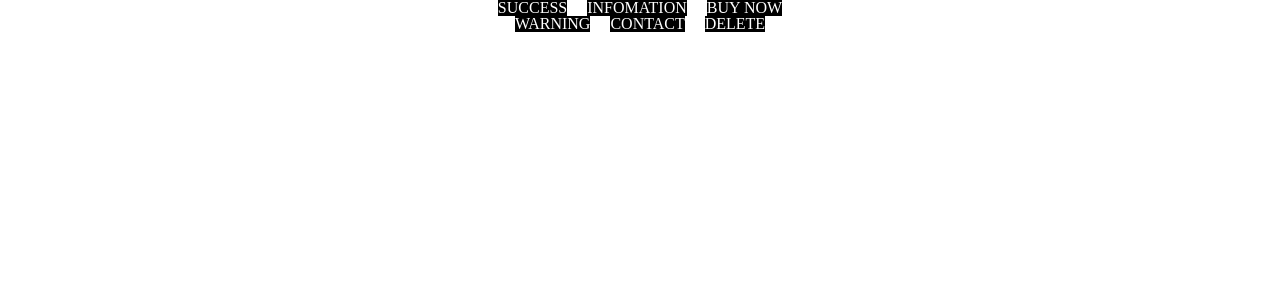
Repository: ThanhPhongsof/Css-Course
Page: index.html
An editor plug-in stored every save of this project. The page is shown before and after the next save, followed by the edit.
The browser window is 1280 px wide. The pictures show the whole page.

Above is the page before, as saved 2022-05-16 08:05:41.

### index.html
<!DOCTYPE html>
<html lang="en">
  <head>
    <meta charset="UTF-8" />
    <meta http-equiv="X-UA-Compatible" content="IE=edge" />
    <meta name="viewport" content="width=device-width, initial-scale=1.0" />
    <title>Document</title>
    <link rel="stylesheet" href="./reset.css" />
    <link rel="stylesheet" href="./styles.css" />
  </head>
  <body>
    <div class="group-button">
      <a href="" class="button button--green">success</a>
      <a href="" class="button button--blue">infomation</a>
      <a href="" class="button button--purple">buy now</a>
    </div>
    <div class="group-button">
      <a href="" class="button button--orange">warning</a>
      <a href="" class="button button--red">contact</a>
      <a href="" class="button button--pink">delete</a>
    </div>
  </body>
</html>

### styles.css
.group-button {
  display: flex;
  align-items: center;
  justify-content: center;
  gap: 20px;
}

.button {
  background: #000;
  color: white;
  text-decoration: none;
  text-transform: uppercase;
}

.button--green {
}

Loaded but not shown: reset.css (common file)

After the next save:
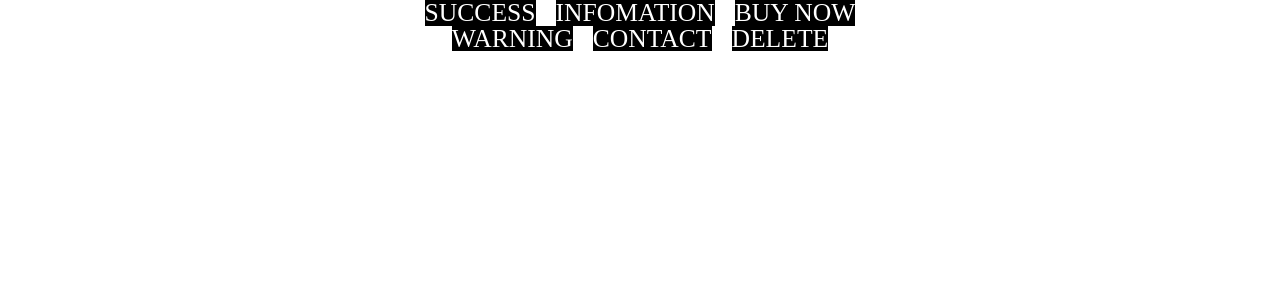
Saved 18 s later.
--- a/styles.css
+++ b/styles.css
@@ -6,10 +6,11 @@
 }
 
 .button {
+  text-decoration: none;
+  text-transform: uppercase;
   background: #000;
   color: white;
-  text-decoration: none;
-  text-transform: uppercase;
+  font-size: 1.6rem;
 }
 
 .button--green {
